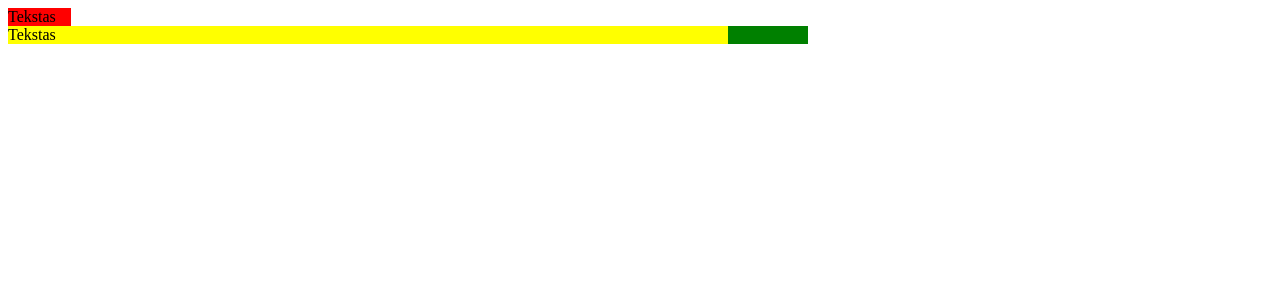
Repository: motiejus1/13-paskaita-05.31
Page: index_units.html
An editor plug-in stored every save of this project. The page is shown before and after the next save, followed by the edit.
The browser window is 1280 px wide. The pictures show the whole page.

Above is the page before, as saved 2021-06-21 20:47:48.

After the next save:
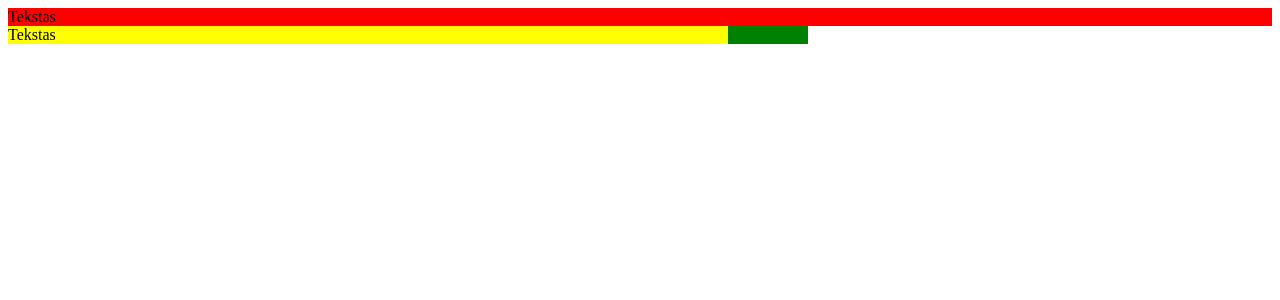
Saved 46 s later.
--- a/index_units.html
+++ b/index_units.html
@@ -33,7 +33,7 @@
 
 
         .kvadratelis {
-            width: 5%;
+            width: ;
             height: 5%;
             background-color:red;
         }

After the 2 saves that followed:
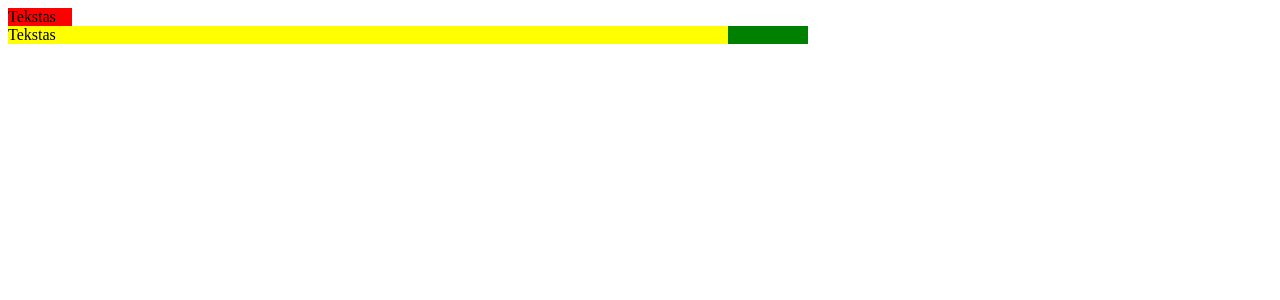
The 2 saves are shown as one change because they came seconds apart.
The last was saved 5 s later.
--- a/index_units.html
+++ b/index_units.html
@@ -33,7 +33,7 @@
 
 
         .kvadratelis {
-            width: ;
+            width: 5vw;
             height: 5%;
             background-color:red;
         }
